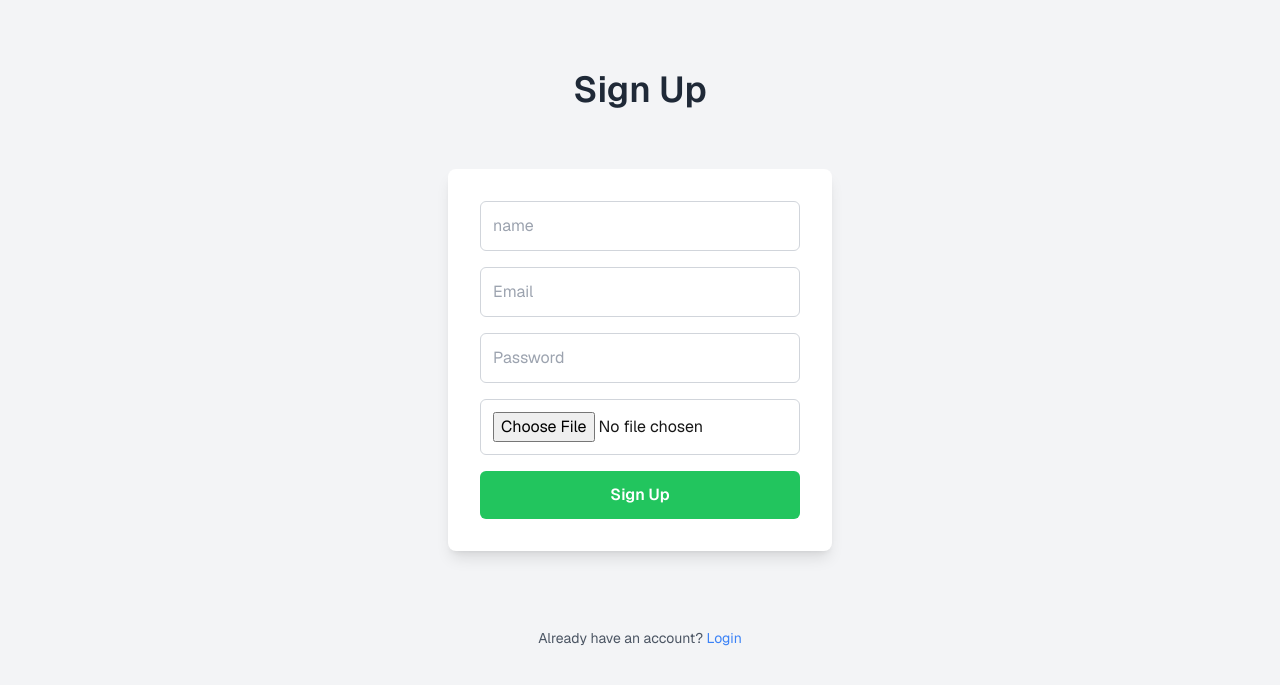
Repository: duresaguye/ethiolostandfound
Page: /signup
These files come from the project's save history. The page is drawn as it stood at one moment and after the next save; the edit follows.
The browser window is 1280 px wide. The pictures show the whole page.
The project was rebuilt for these pictures with package versions that can differ from the ones it lists, and the page was loaded fresh each time. The framework's server and built-in components were replaced by stand-ins that run in the browser. Also part of the build but not shown: next.config.mjs.

Above is the page before, as saved 2025-02-03 21:54:02.

After the next save:
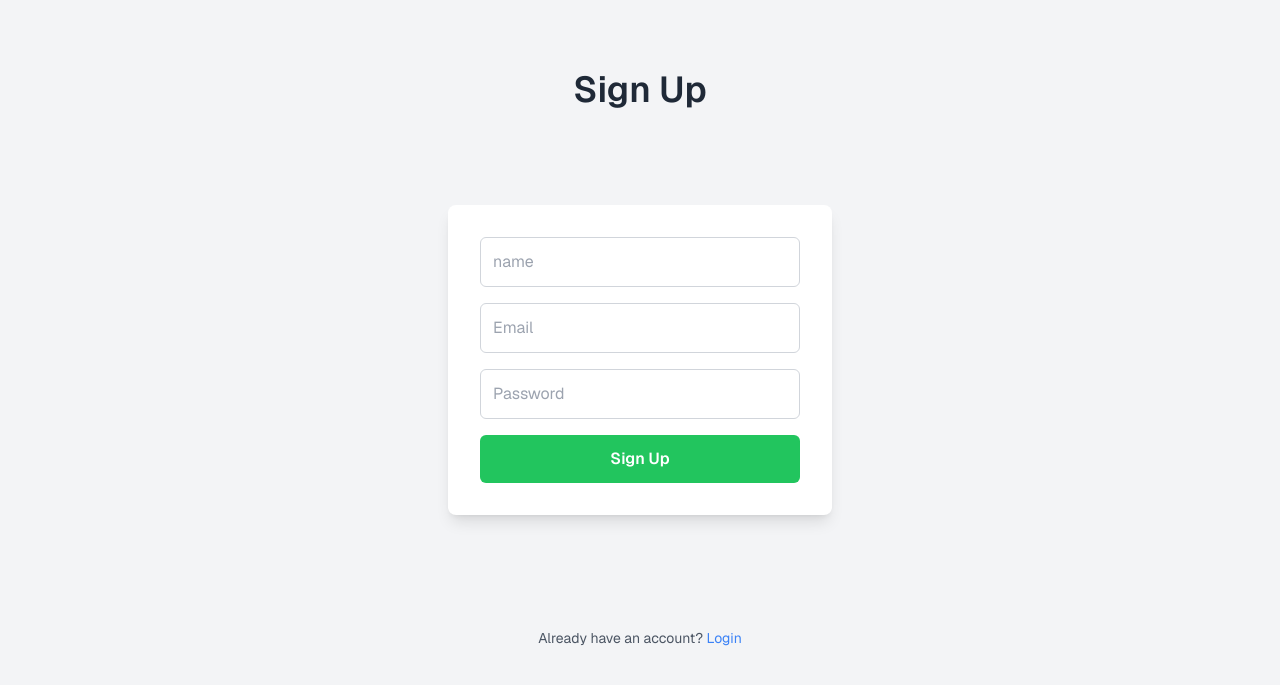
Saved 46 s later.
--- a/src/app/signup/page.js
+++ b/src/app/signup/page.js
@@ -6,7 +6,6 @@ export default function SignUp() {
   const [email, setEmail] = useState('');
   const [password, setPassword] = useState('');
   const [name, setName] = useState('');
-  const [image, setImage] = useState(null);
 
   const signUp = async () => {
 
@@ -14,7 +13,7 @@ export default function SignUp() {
         email,
         password,
         name,
-        image: image ? convertImageToBase64(image) : undefined,
+
      }, {
         onRequest: (ctx) => {
          // Show loading indicator
@@ -55,11 +54,7 @@ export default function SignUp() {
           onChange={(e) => setPassword(e.target.value)}
           className="w-full p-3 border border-gray-300 rounded-md focus:outline-none focus:ring-2 focus:ring-blue-400"
         />
-        <input
-          type="file"
-          onChange={(e) => setImage(e.target.files ? e.target.files[0] : null)}
-          className="w-full p-3 border border-gray-300 rounded-md focus:outline-none focus:ring-2 focus:ring-blue-400"
-        />
+
         <button
           type="submit"
           className="w-full p-3 bg-green-500 text-white font-semibold rounded-md hover:bg-green-600 transition-all"
